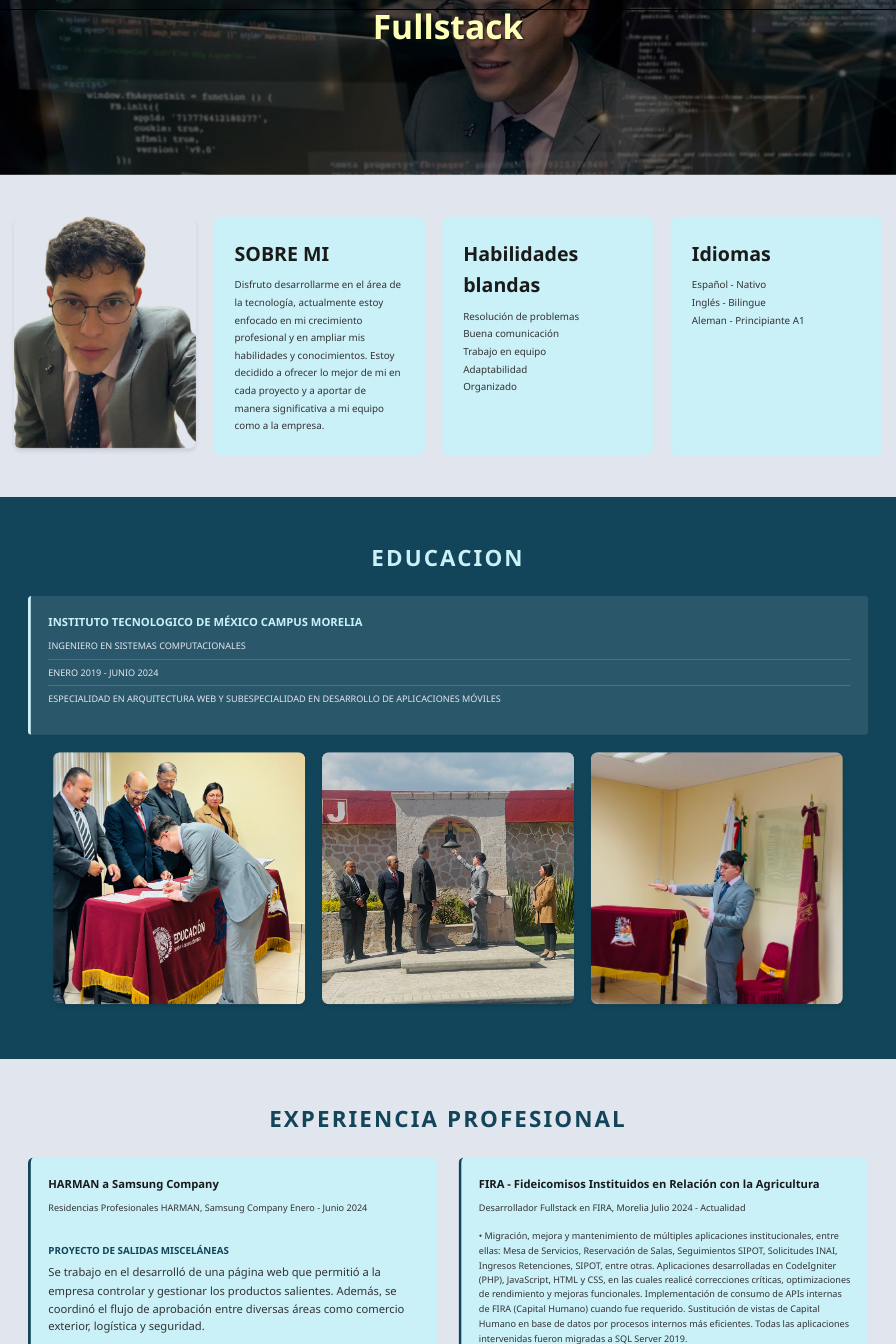
Repository: rafaelsilva2k/mi-portafolio
Page: index.html
An editor plug-in stored every save of this project. The page is shown before and after the next save, followed by the edit.
The browser window is 1280 px wide. The pictures show the part of the page from y = 351 to 2271 px (the page is 3702 px tall), at 70% of full size.

Above is the page before, as saved 2026-05-24 15:44:07.

After the next save:
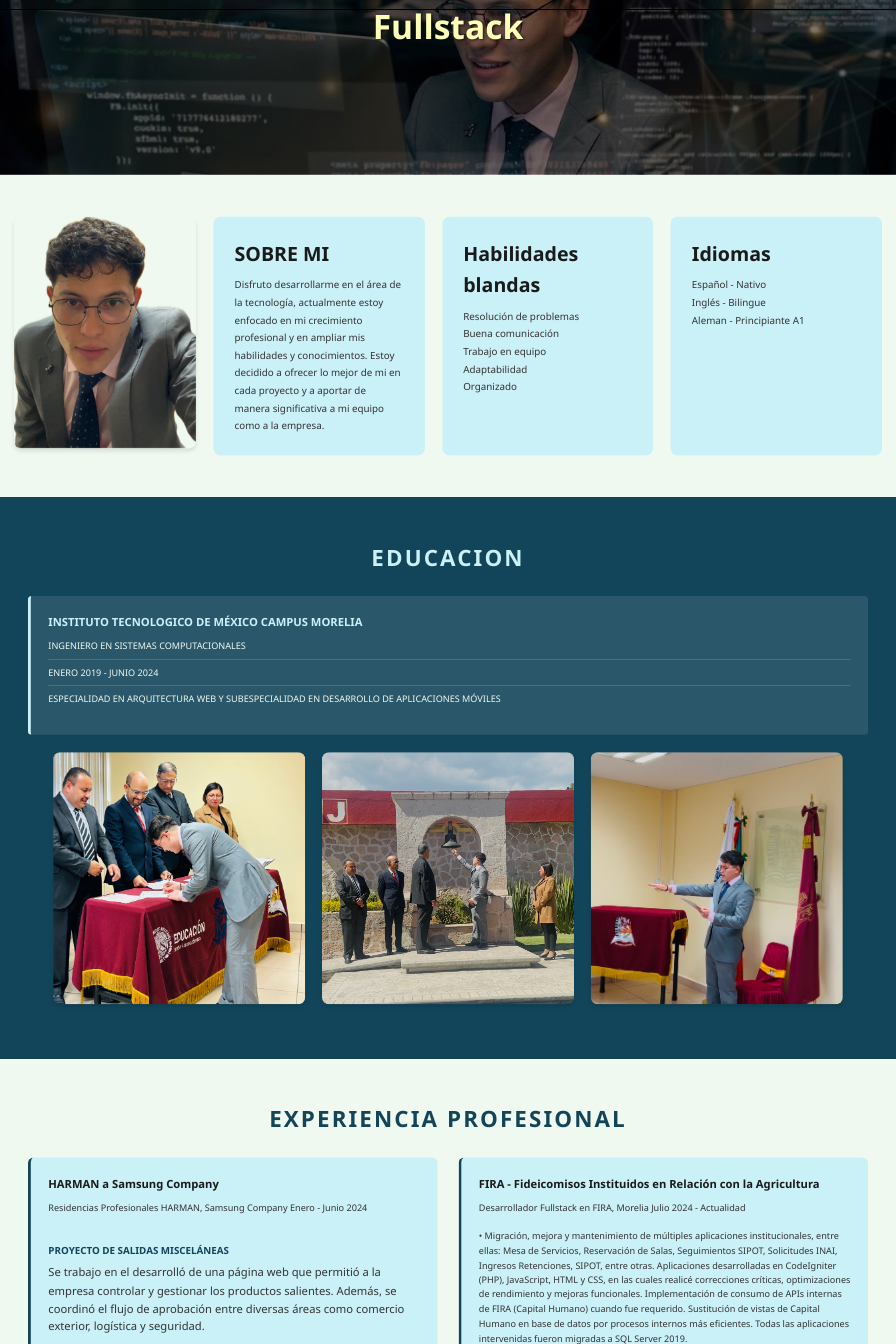
Saved 26 s later.
--- a/styles.css
+++ b/styles.css
@@ -18,7 +18,7 @@
     --color-secondary: #124559;
     --color-dark: #1a1a1a;
     --color-text: #333333;
-    --color-white: #e1e5ee;
+    --color-white: #eff9f0;
     --color-bg: #f5f5f5;
     --color-accent: #fdffb6;
 }
